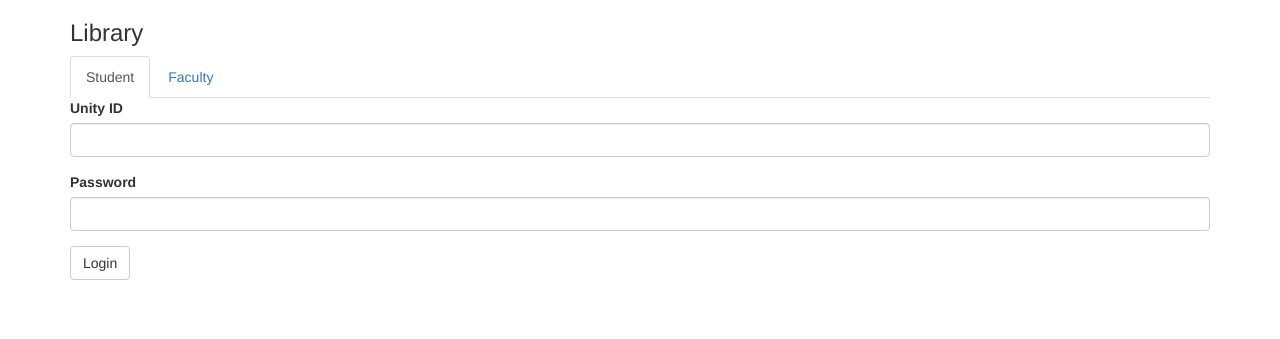
Repository: shrutikk/Library
Page: http://localhost/Library/
The author's editor kept a copy of each file at every save. The page is drawn from the files as they stood at one save, then again after the next save.
The browser window is 1280 px wide. The pictures show the whole page.
Some web libraries are served in a nearby version. The page is served by Tomcat 9. Other server files are loaded and not shown.

Above is the page before, as saved 2015-10-15 20:08:18.

### Library/WebContent/Library.jsp
<%@ page language="java" contentType="text/html; charset=ISO-8859-1"
    pageEncoding="ISO-8859-1"%>
<!DOCTYPE html PUBLIC "-//W3C//DTD HTML 4.01 Transitional//EN" "http://www.w3.org/TR/html4/loose.dtd">
<html>
<head>
<meta http-equiv="Content-Type" content="text/html; charset=ISO-8859-1">
<link rel="stylesheet" href="http://maxcdn.bootstrapcdn.com/bootstrap/3.3.5/css/bootstrap.min.css">
<script src="https://ajax.googleapis.com/ajax/libs/jquery/1.11.3/jquery.min.js"></script>
  <script src="http://maxcdn.bootstrapcdn.com/bootstrap/3.3.5/js/bootstrap.min.js"></script>
<title>Library</title>
</head>
<body>
<%
String login_msg=(String)request.getAttribute("error");

%>
<div class="container">
  <h3>Library</h3>
  	<ul class="nav nav-tabs">
    	<li class="active"><a data-toggle="tab" href="#student-login-form">Student</a></li>
    	<li><a data-toggle="tab" href="#faculty-login-form">Faculty</a></li>
  	</ul>
  	<div class="tab-content">
	  <div id="student-login-form" class="tab-pane fade in active">
	    <form>
			  <div class="form-group">
			    <label for="unityid">Unity ID</label>
			    <input type="text" class="form-control" id="unityid">
			  </div>
			  <div class="form-group">
			    <label for="fprpasswd">Password</label>
			    <input type="password" class="form-control" id="passwd">
			  </div>
			  <button type="submit" id="studentLogin" class="btn btn-default">Login</button>
		</form>
	  </div>
	  <div id="faculty-login-form" class="tab-pane fade">
	    <form>
			  <div class="form-group">
			    <label for="unityid">Unity ID</label>
			    <input type="text" class="form-control" id="unityid">
			  </div>
			  <div class="form-group">
			    <label for="fprpasswd">Password</label>
			    <input type="password" class="form-control" id="passwd">
			  </div>
			  <button type="submit" id="facultyLogin" class="btn btn-default">Login</button>
		</form>
	  </div>
	</div>
</div>
</body>
</html>

After the next save:
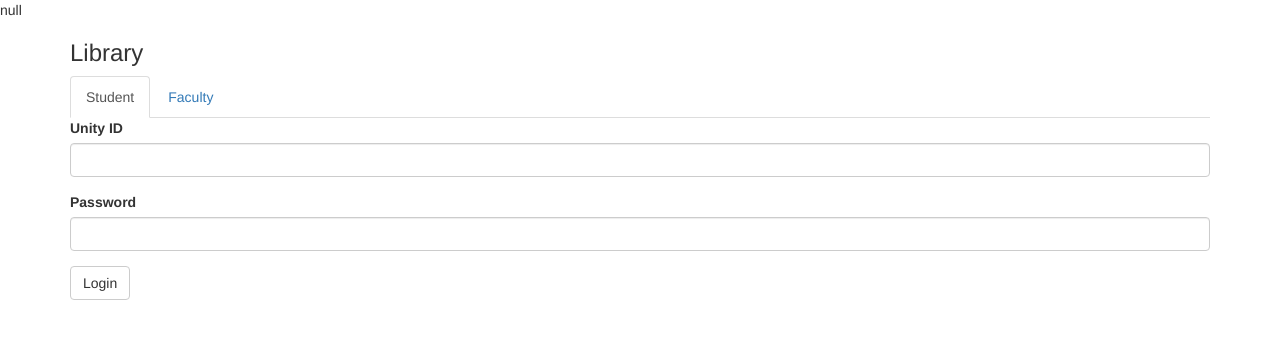
Saved 16 s later.
--- a/Library/WebContent/Library.jsp
+++ b/Library/WebContent/Library.jsp
@@ -12,7 +12,7 @@
 <body>
 <%
 String login_msg=(String)request.getAttribute("error");
-
+out.println(login_msg);
 %>
 <div class="container">
   <h3>Library</h3>
